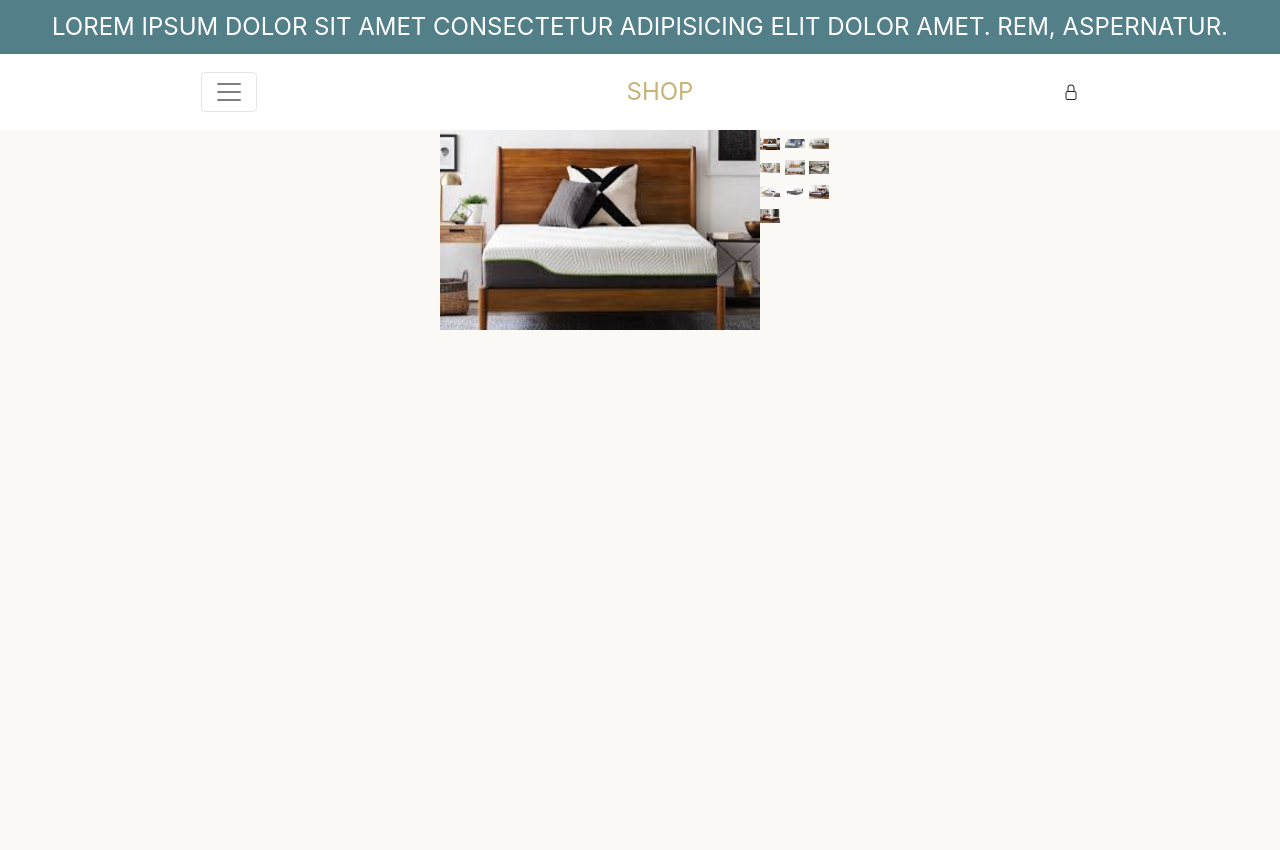
Repository: DaNiels89/frontendassignmentbogbootcamp
Page: index.html
These files come from the project's save history. The page is drawn as it stood at one moment and after the next save; the edit follows.
The browser window is 1280 px wide. The pictures show the whole page.

Above is the page before, as saved 2020-03-19 18:23:17.

After the next save:
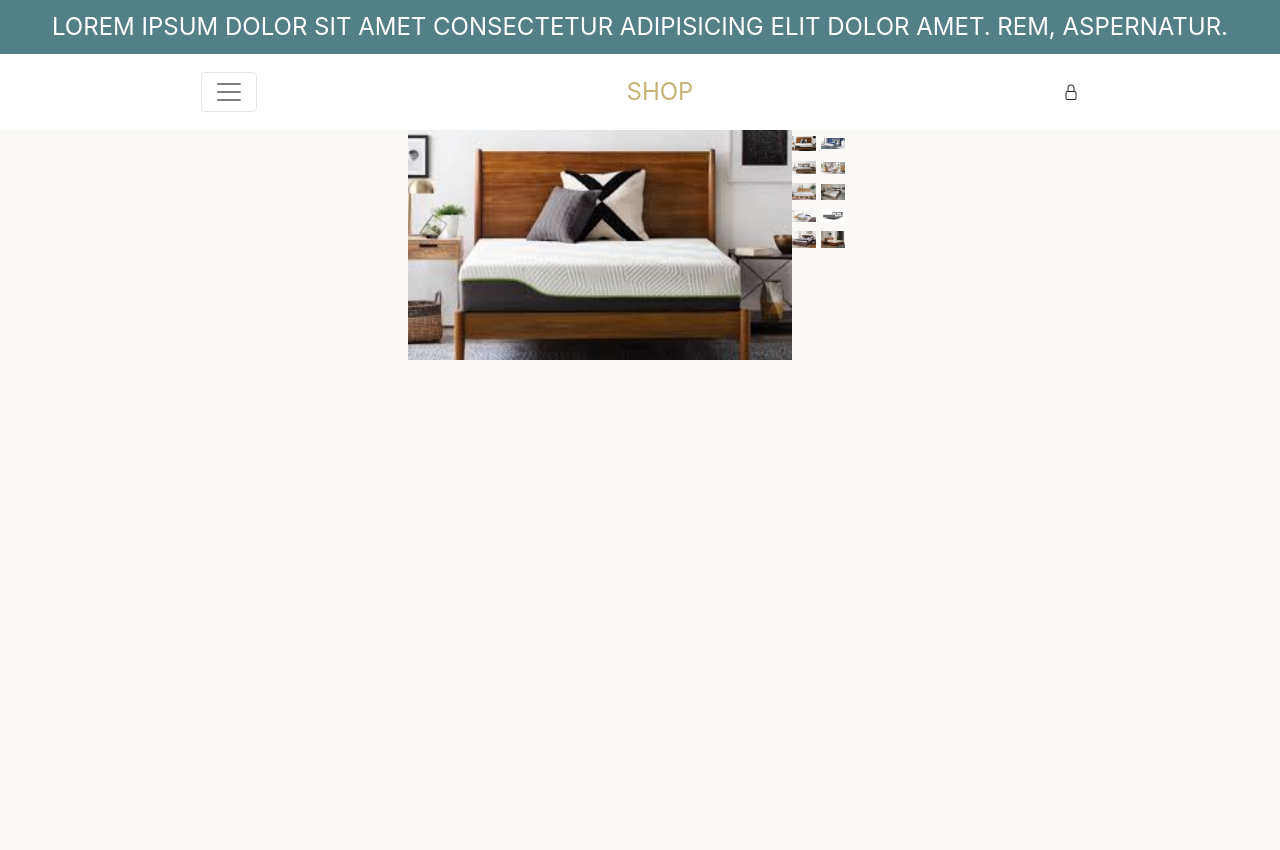
Saved 35 s later.
--- a/css/styles.css
+++ b/css/styles.css
@@ -43,7 +43,7 @@
 }
 
 .get-image {
-  width: 25%;
+  width: 30%;
   height: auto;
 }
 
